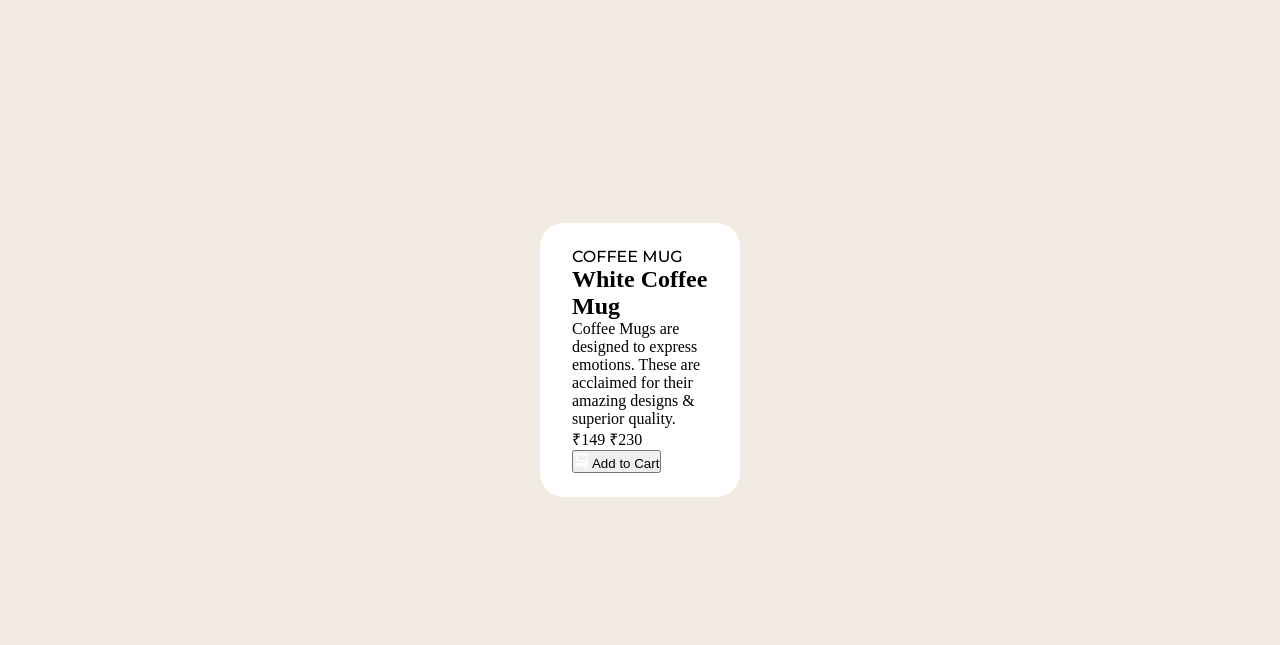
Repository: shoaib-1729/Web-Dev-Course_Dot-Batch_Love-Babbar
Page: 03_CSS Sessions Basics/05_CSS-Projects-Unwrap-Class/04_Code-Practice-unwrapClass/product-card-projct/index.html
An editor plug-in stored every save of this project. The page is shown before and after the next save, followed by the edit.
The browser window is 1280 px wide. The pictures show the whole page.

Above is the page before, as saved 2023-08-12 21:53:53.

### 03_CSS Sessions Basics/05_CSS-Projects-Unwrap-Class/04_Code-Practice-unwrapClass/product-card-projct/index.html
<!DOCTYPE html>
<html lang="en">

<head>
    <meta charset="UTF-8">
    <meta name="viewport" content="width=device-width, initial-scale=1.0">
    <title>Product Card CSS Project</title>
    <link rel="stylesheet" href="styles.css">
</head>

<body>


    <section class="container">

        <div class="card-box">

            <div class="card-img">
                <img src="./images/mug.jpg" alt="img-desktop" class="desktop-img">

                <!-- to be used when we have to make it Responsive.. -->
                <!-- <img src="./images/mug-mobile.jpg" alt="img-mobile" class="mobile-img"> -->
            </div>

            <div class="card-text">
                <p class="product">COFFEE MUG</p>
                <h2 class="product-title">White Coffee Mug</h2>
                <p class="description">Coffee Mugs are designed to express emotions. These are acclaimed for their amazing designs & superior quality.</p>

                <p class="price">
                    <span class="product-title green-text">₹149</span>
                    <span class="description strike">₹230</span>
                </p>

                <button class="btn">
                    <img src="./images/icon-cart.png" alt="cart-icon">
                       <span class="description btn-text">Add to Cart</span>
              </button>
            </div>
        </div>
    </section>


</body>

</html>

### 03_CSS Sessions Basics/05_CSS-Projects-Unwrap-Class/04_Code-Practice-unwrapClass/product-card-projct/styles.css
@import url("https://fonts.googleapis.com/css2?family=Fraunces:opsz,wght@9..144,700&family=Montserrat:wght@500;700&display=swap");
* {
    margin: 0;
    padding: 0;
    box-sizing: border-box;
}

:root {
    --darkGreen: hsl(158, 36%, 37%);
    --cream: hsl(30, 38%, 92%);
    --gray: hsl(228, 12%, 48%);
    --white: hsl(0, 0%, 100%);
    --head: 2rem;
    --text: 1rem;
}

img {
    max-width: 100%;
}

.container {
    min-height: 100vh;
    background-color: var(--cream);
    display: flex;
    justify-content: center;
    align-items: center;
}

.card-box {
    margin: 1em 2em;
    max-width: 200px;
    background-color: #fff;
    border-radius: 1.5em;
    -webkit-border-radius: 1.5em;
    -moz-border-radius: 1.5em;
    -ms-border-radius: 1.5em;
    -o-border-radius: 1.5em;
}

.desktop-img {
    /* image wil not be visible on desktop */
    display: none;
}

.mobile-img {
    border-radius: 1em 1em 0 0;
    -webkit-border-radius: 1em 1em 0 0;
    -moz-border-radius: 1em 1em 0 0;
    -ms-border-radius: 1em 1em 0 0;
    -o-border-radius: 1em 1em 0 0;
}

.card-text {
    text-align: left;
    margin: 1.5em 2em;
}

.product {
    font-family: "Montserrat", sans-serif;
    font-size: var(--text);
}

After the next save:
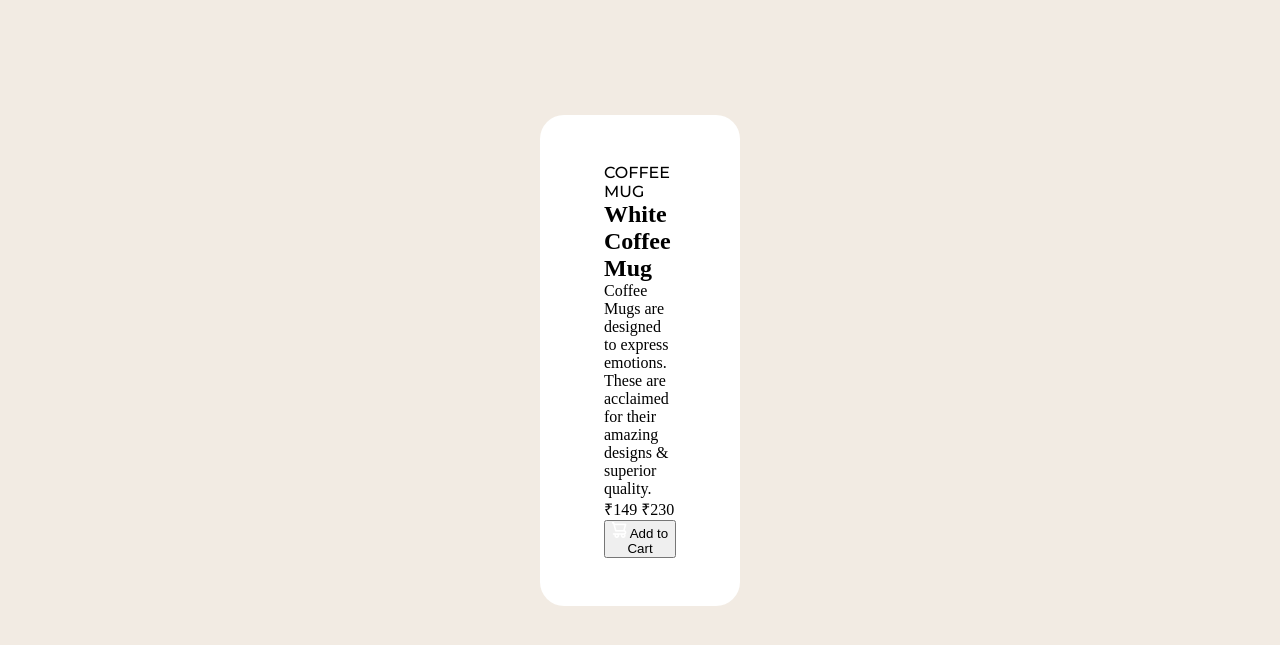
Saved 13 s later.
--- a/03_CSS Sessions Basics/05_CSS-Projects-Unwrap-Class/04_Code-Practice-unwrapClass/product-card-projct/styles.css
+++ b/03_CSS Sessions Basics/05_CSS-Projects-Unwrap-Class/04_Code-Practice-unwrapClass/product-card-projct/styles.css
@@ -53,6 +53,7 @@
 .card-text {
     text-align: left;
     margin: 1.5em 2em;
+    padding: 1.5em 2em;
 }
 
 .product {

After the save that followed:
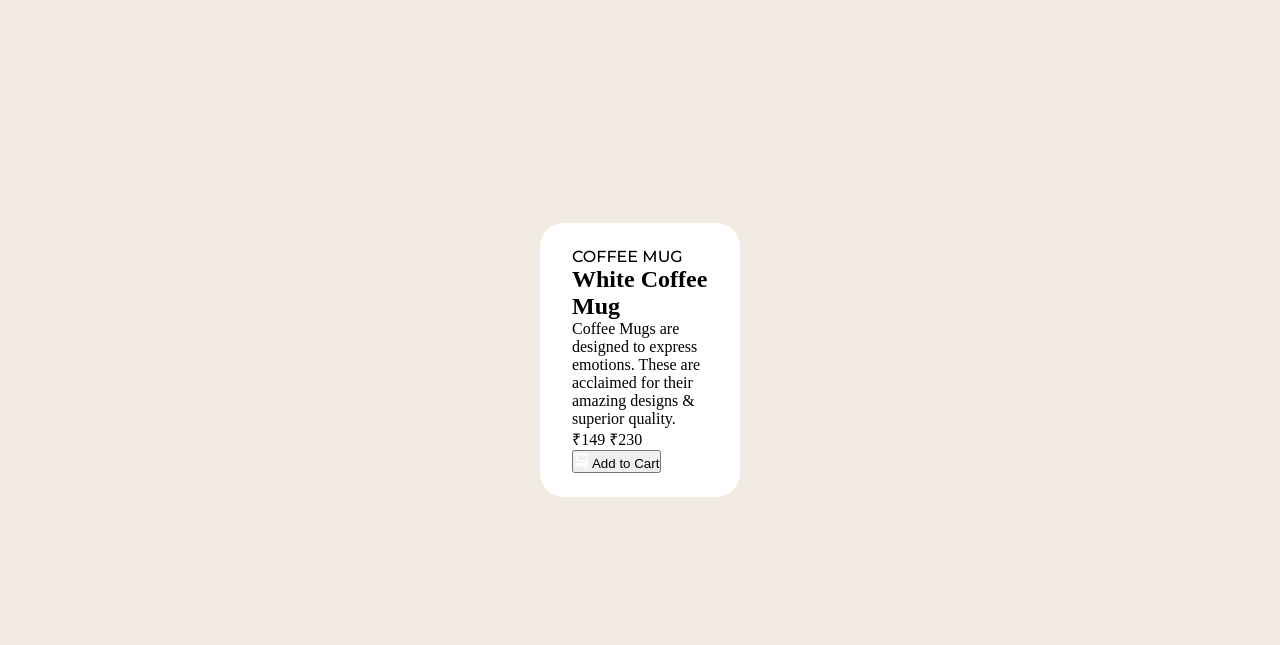
Saved 4 s later.
--- a/03_CSS Sessions Basics/05_CSS-Projects-Unwrap-Class/04_Code-Practice-unwrapClass/product-card-projct/styles.css
+++ b/03_CSS Sessions Basics/05_CSS-Projects-Unwrap-Class/04_Code-Practice-unwrapClass/product-card-projct/styles.css
@@ -52,7 +52,7 @@
 
 .card-text {
     text-align: left;
-    margin: 1.5em 2em;
+    /* margin: 1.5em 2em; */
     padding: 1.5em 2em;
 }
 
